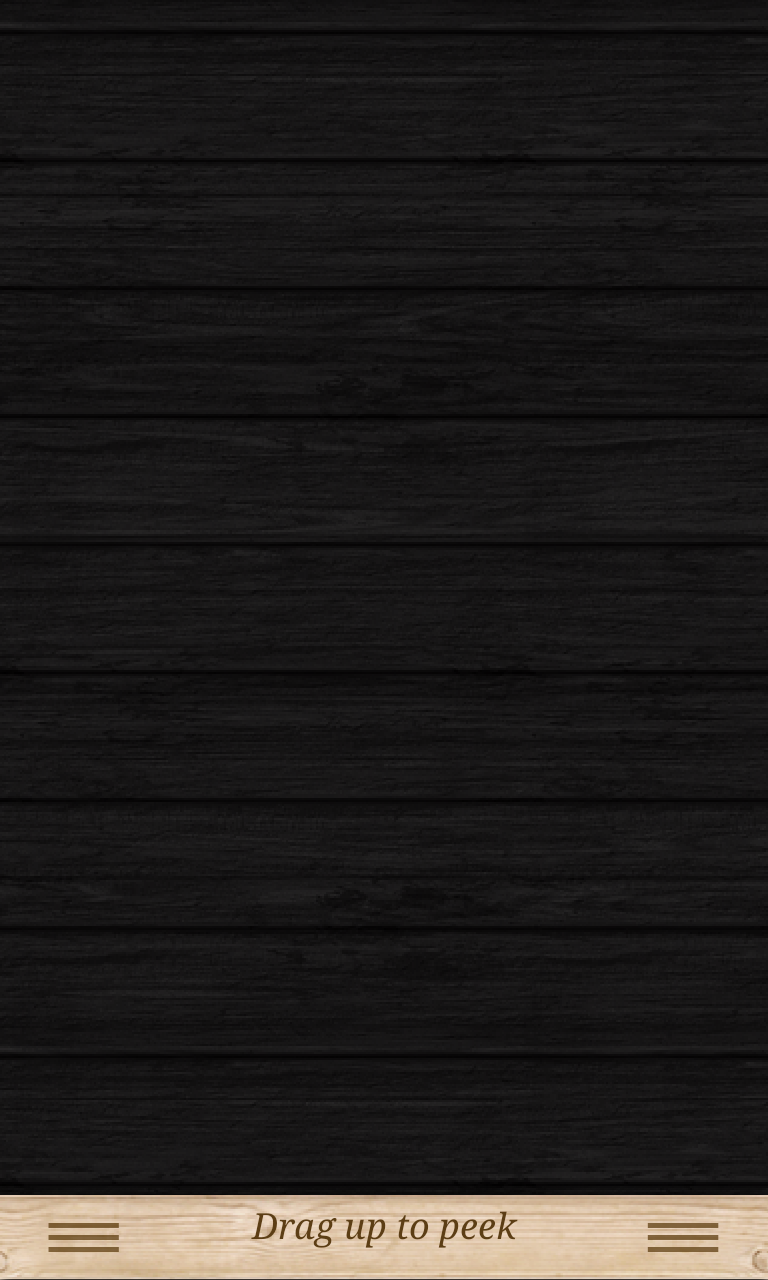
Repository: CrisFeo/JacksonPass
Layout: Android/Passwarp/res/layout/activity_main.xml
These files come from the project's save history. The layout is drawn as it stood at one moment and after the next save; the edit follows.
It is drawn on a 768 x 1280 px phone screen (xhdpi) without system bars, with theme AppTheme; the app's code is not run.

Above is the layout before, as saved 2012-09-15 23:48:49.

After the next save:
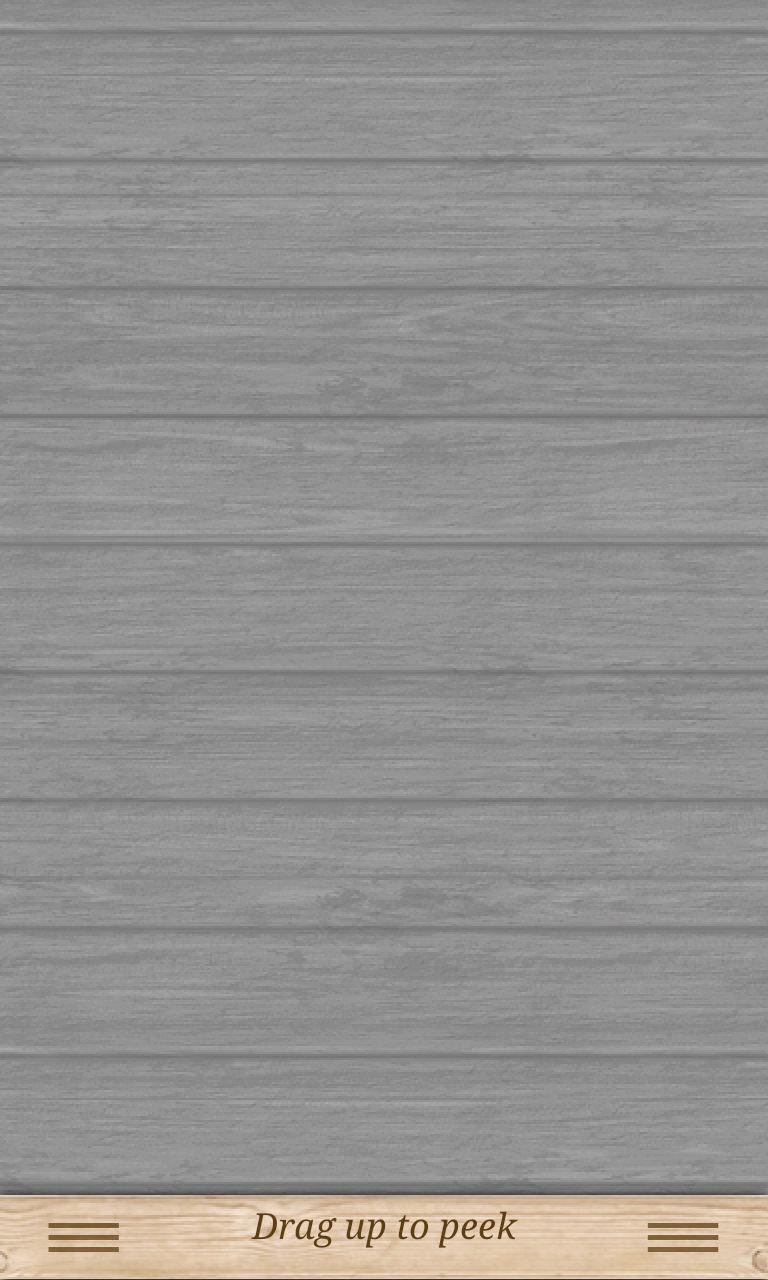
Saved 7 min 16 s later.
--- a/Android/Passwarp/res/drawable-xhdpi/backrepeat2.xml
+++ b/Android/Passwarp/res/drawable-xhdpi/backrepeat2.xml
@@ -1,4 +1,4 @@
 <bitmap xmlns:android="http://schemas.android.com/apk/res/android"
     android:dither="true"
-    android:src="@drawable/dark_wood_2x"
+    android:src="@drawable/dark_wood_2x_light"
     android:tileMode="repeat" />
